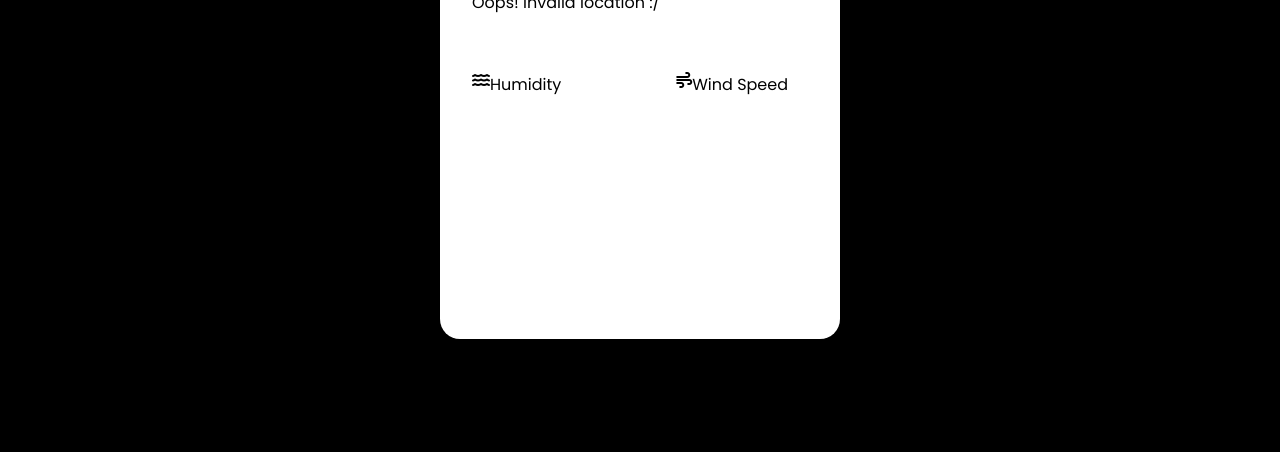
Repository: Pr1s0n3r627/weather
Page: index.html
The author's editor kept a copy of each file at every save. The page is drawn from the files as they stood at one save, then again after the next save.
The browser window is 1280 px wide. The pictures show the whole page.
Some web libraries are served in a nearby version.

Above is the page before, as saved 2024-05-18 23:35:08.
Not found: index.js

After the next save:
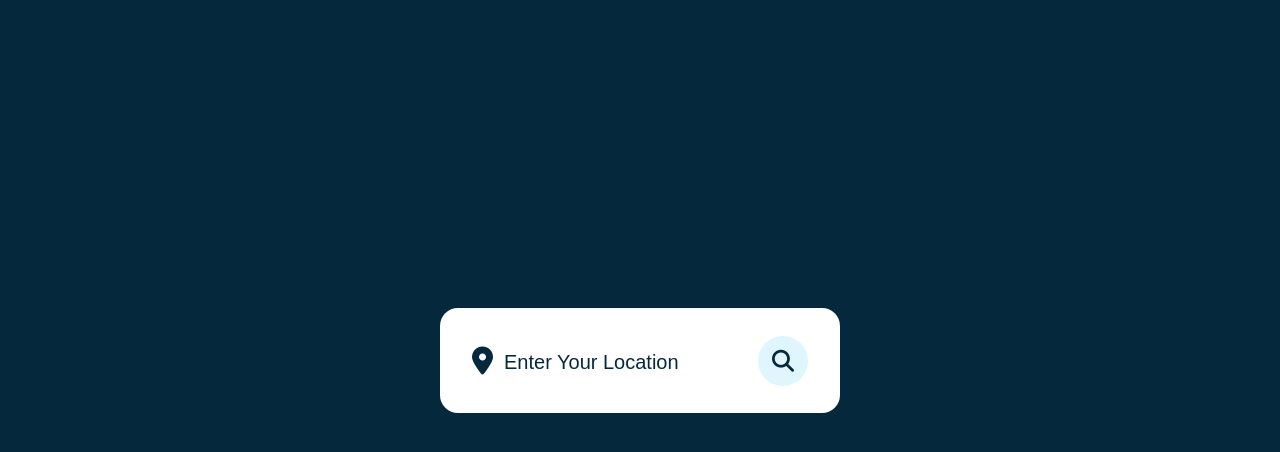
Saved 43 s later.
--- a/style.css
+++ b/style.css
@@ -7,23 +7,23 @@
 }
 
 body{
-    height: 10vh;
+    height: 100vh;
     display: flex;
     align-items: center;
     justify-content: center;
-    background: #000;
+    background: #06283D;
 }
 
 .container{
     position: relative;
     width: 400px;
-    height: 605px;
+    height: 105px;
     background: #fff;
     padding: 28px 32px;
     overflow: hidden;
-    border-radius: 20px;
-    font-family: 'Poppins', sans-serif;
-    transition: 0.6s;
+    border-radius: 18px;
+    font-family: 'Roboto', sans-serif;
+    transition: 0.6s ease-out;
 }
 
 .search-box{
@@ -31,22 +31,22 @@ body{
     height: min-content;
     display: flex;
     align-items: center;
-    justify-content: space-between
+    justify-content: space-between;
 }
 
 .search-box input{
-    color: #333;
+    color: #06283D;
     width: 80%;
-    font-size: 20px;
+    font-size: 24px;
     font-weight: 500;
-    text-transform: inherit;
+    text-transform: uppercase;
     padding-left: 32px;
 }
 
 .search-box input::placeholder{
     font-size: 20px;
     font-weight: 500;
-    color: #06283d;
+    color: #06283D;
     text-transform: capitalize;
 }
 
@@ -54,7 +54,7 @@ body{
     cursor: pointer;
     width: 50px;
     height: 50px;
-    color: #06283d;
+    color: #06283D;
     background: #dff6ff;
     border-radius: 50%;
     font-size: 22px;
@@ -62,13 +62,13 @@ body{
 }
 
 .search-box button:hover{
-    background: #000000;
     color: #fff;
+    background: #06283D;
 }
 
 .search-box i{
     position: absolute;
-    color: #06283d;
+    color: #06283D;
     font-size: 28px;
 }
 
@@ -76,19 +76,14 @@ body{
     text-align: center;
 }
 
-.not-found img{
-    width: 40%;
-    margin-top: 20px;
-}
-
 .weather-box img{
-    width: 20%;
-    margin-top: 20px;
+    width: 60%;
+    margin-top: 30px;
 }
 
 .weather-box .temperature{
     position: relative;
-    color: #06283d;
+    color: #06283D;
     font-size: 4rem;
     font-weight: 800;
     margin-top: 30px;
@@ -102,7 +97,7 @@ body{
 }
 
 .weather-box .description{
-    color: #06283d;
+    color: #06283D;
     font-size: 22px;
     font-weight: 500;
     text-transform: capitalize;
@@ -117,13 +112,13 @@ body{
 
 .weather-details .humidity, .weather-details .wind{
     display: flex;
-    text-align: center;
+    align-items: center;
     width: 50%;
     height: 100px;
 }
 
 .weather-details .humidity{
-    padding-right: 20px;
+    padding-left: 20px;
     justify-content: flex-start;
 }
 
